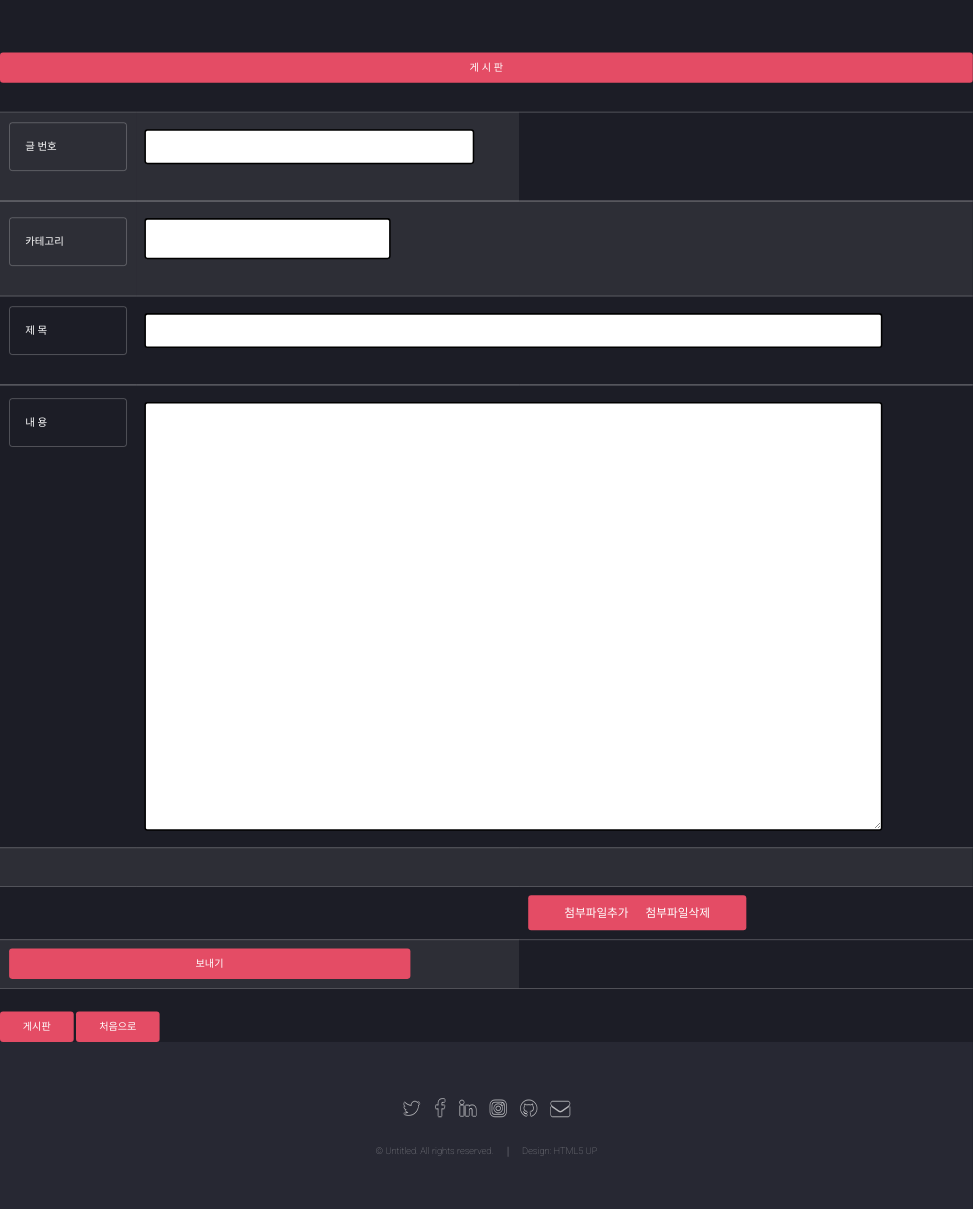
Repository: worMholEamkim/SpringEX
Page: http://localhost/bbs/bbsupdate.do
The author's editor kept a copy of each file at every save. The page is drawn from the files as they stood at one save, then again after the next save.
The browser window is 1280 px wide. The pictures show the whole page, at 76% of full size.
The page is served by Tomcat 9. Other server files are loaded and not shown. Queries for data that is not in the repository find no rows.

Above is the page before, as saved 2019-03-18 05:06:00.

### JSP_WepPage_Server-master.zip_expanded/JSP_WepPage_Server-master/bbs/WebContent/WEB-INF/bbsupdate.jsp
<%@ page language="java" contentType="text/html; charset=UTF-8"
	pageEncoding="UTF-8"%>
<%@ taglib prefix="c" uri="http://java.sun.com/jsp/jstl/core"%>

<!DOCTYPE html>
<html lang="en">
<head>
<title>게시판 업로드데스</title>
<meta charset="utf-8">
		<meta charset="utf-8" />
		<meta name="viewport" content="width=device-width, initial-scale=1, user-scalable=no" />
		<link rel="stylesheet" href="assets/css/main.css" />
<style>

	box {
		display: inline;
		transition: border-color 0.2s ease-in-out;
	    background: transparent;
	    border-radius: 4px;
	    border: solid 1px rgba(255, 255, 255, 0.3);
	    color: inherit;
	    text-decoration: none;


	}

	a {
		color:white;
		text-decoration:none;
		border-bottom-color:transparent;

	}


</style>

</head>
<body class="is-preload">
	<%
		String sessionID = null;
		if (session.getAttribute("sessionID") != null) {
			sessionID = (String) session.getAttribute("sessionID");
		}
	%>
	<div class="wrapper style1">
			<button class="button primary fit"><a href="bbs.do">게 시 판</a></button>
		</div>
		<div align="center">
			<form method="post" action="bbsupdate.do">
				<table border=0px>
					<tr>
						<td><h5 class="box">글 번호</h5></td>
						<td colspan="2"><input name="bbsId" type="text" value="${bbsUpdate.bbsId}"  readonly
							style="width: 90%; padding: 12px 20px; margin: 10px 0px; background-color: white; box-sizing: border-box; border: 2px solid black;">
						</td>
					<tr>
					<tr>
						<td><h5 class="box">카테고리</h5></td>
						<td colspan="4">
						<select name="category"
							style="width: 30%; padding: 12px 20px; font-size: 18px; margin: 10px 0px; background-color: white; box-sizing: border-box; border: 2px solid black;">
								<c:if test="${bbsUpdate.bbsCategory == 'math'}">
									<option value="math" selected>수학</option>
								</c:if>
								<c:if test="${bbsUpdate.bbsCategory != 'math'}">
									<option value="math">수학</option>
								</c:if>
								<c:if test="${bbsUpdate.bbsCategory == 'enjoy'}">
									<option value="enjoy" selected>여행</option>
								</c:if>
								<c:if test="${bbsUpdate.bbsCategory != 'enjoy'}">
									<option value="enjoy">여행</option>
								</c:if>
								<c:if test="${bbsUpdate.bbsCategory == 'pic'}">
									<option value="pic" selected>사진</option>
								</c:if>
								<c:if test="${bbsUpdate.bbsCategory != 'pic'}">
									<option value="pic">사진</option>
								</c:if>
								<c:if test="${bbsUpdate.bbsCategory == 'java'}">
									<option value="java" selected>java</option>
								</c:if>
								<c:if test="${bbsUpdate.bbsCategory != 'java'}">
									<option value="java">java</option>
								</c:if>
								<c:if test="${bbsUpdate.bbsCategory == 'web'}">
									<option value="web" selected>웹프로그래밍</option>
								</c:if>
								<c:if test="${bbsUpdate.bbsCategory != 'web'}">
									<option value="web">웹프로그래밍</option>
								</c:if>
								<c:if test="${bbsUpdate.bbsCategory == 'estate'}">
									<option value="estate" selected>부동산</option>
								</c:if>
								<c:if test="${bbsUpdate.bbsCategory != 'estate'}">
									<option value="estate">부동산</option>
								</c:if>
								<c:if test="${bbsUpdate.bbsCategory == 'food'}">
									<option value="food" selected>음식</option>
								</c:if>
								<c:if test="${bbsUpdate.bbsCategory != 'food'}">
									<option value="food">음식</option>
								</c:if>
								<c:if test="${bbsUpdate.bbsCategory == 'common'}">
									<option value="common" selected>상식</option>
								</c:if>
								<c:if test="${bbsUpdate.bbsCategory != 'common'}">
									<option value="common">상식</option>
								</c:if>
						</select>
						</td>

					</tr>
					<tr>
						<td><h5 class="box">제 목</h5></td>
						<td colspan="4"><input name="title" type="text" value="${bbsUpdate.bbsTitle}"
							style="width: 90%; padding: 12px 20px; margin: 10px 0px; background-color: white; box-sizing: border-box; border: 2px solid black;">
						</td>
					<tr>
					<tr>
						<td><h5 class="box">내 용</h5></td>
						<td colspan="4"><textarea name="content" rows="20" cols="80"
								style="width: 90%; padding: 12px 20px; margin: 10px 0px; background-color: white; box-sizing: border-box; border: 2px solid black;">
								${bbsUpdate.bbsContent}</textarea>
						</td>
					</tr>

					<tr>
						<td colspan="5"><br>
						</td>
					<tr>

						<script type="text/javascript">
							var uf = "";
							function file_add(size, ext) {
								var filecountTemp = parseInt(document
										.getElementById("file_cnt").value);
								var parents = document
										.getElementById("file_add_form");
								var br = document.createElement("br");
								br.setAttribute("id", "br" + (filecountTemp + 1));
								parents.appendChild(br);
								if (filecountTemp == 30) {
									alert("파일업로드는 최대 30개까지 가능합니다"); //< --- 이 부분 지우면 무한대로 추가됨.
									return;
								} else {
									var obj = document.createElement("input");
									obj.setAttribute("type", "file");
									obj.setAttribute("size", size);
									obj.setAttribute("name", "bbs_file"
											+ (filecountTemp + 1));
									obj.setAttribute("id", "file"
											+ (filecountTemp + 1));
									parents.appendChild(obj);
								}
								document.getElementById("file_cnt").value = filecountTemp + 1;
							}
							function file_delete() {
								var filecountTemp = parseInt(document
										.getElementById("file_cnt").value);
								var parents = document
										.getElementById("file_add_form");
								var obj = document.getElementById('file'
										+ filecountTemp);
								var br = document.getElementById('br'
										+ filecountTemp);
								parents.removeChild(obj);

								document.getElementById("file_cnt").value = filecountTemp - 1;
							}
						</script>

						<td colspan="3"></td>

						<td colspan="3">
						<div class="button primary" style="width: 50%;">
						<input type="hidden" id="file_cnt"
							name="file_cnt" value="1" style="">
							<a href="javascript:file_add(50, 'class=input_write');"><b>첨부파일추가</b></a>&nbsp;&nbsp;&nbsp;&nbsp;&nbsp;
							<a href="javascript:file_delete();"><b>첨부파일삭제</b></a>
						</div>
						</td>
					</tr>

						<td colspan="3"><button type="submit"
								class="button primary"
								style="width: 80%;">보내기</button>
						</td>
					</tr>
				</table>
			</form>
		</div>

			<button class="button primary">
				<a href='bbs.do'>게시판</a>
			</button>

			<button class="button primary">
				<a href='home.do'>처음으로</a>
			</button>
	</div>
</body>
<footer id="footer">
					<ul class="icons">
						<li><a href="#" class="icon alt fa-twitter"><span class="label">Twitter</span></a></li>
						<li><a href="#" class="icon alt fa-facebook"><span class="label">Facebook</span></a></li>
						<li><a href="#" class="icon alt fa-linkedin"><span class="label">LinkedIn</span></a></li>
						<li><a href="#" class="icon alt fa-instagram"><span class="label">Instagram</span></a></li>
						<li><a href="#" class="icon alt fa-github"><span class="label">GitHub</span></a></li>
						<li><a href="#" class="icon alt fa-envelope"><span class="label">Email</span></a></li>
					</ul>
					<ul class="copyright">
						<li>&copy; Untitled. All rights reserved.</li><li>Design: <a href="http://html5up.net">HTML5 UP</a></li>
					</ul>
				</footer>
</html>

### JSP_WepPage_Server-master.zip_expanded/JSP_WepPage_Server-master/bbs/src/com/jsp/controller/BbsUpdateController.java
package com.jsp.controller;

import java.io.IOException;

import javax.servlet.RequestDispatcher;
import javax.servlet.ServletException;
import javax.servlet.http.HttpServlet;
import javax.servlet.http.HttpServletRequest;
import javax.servlet.http.HttpServletResponse;
import javax.servlet.http.HttpSession;

import com.jsp.dao.BbsDao;
import com.jsp.dao.TransactionDao;
import com.jsp.dto.BbsDto;
import com.oreilly.servlet.MultipartRequest;
import com.oreilly.servlet.multipart.DefaultFileRenamePolicy;

public class BbsUpdateController extends HttpServlet {
	@Override
	protected void doGet(HttpServletRequest req, HttpServletResponse resp) throws ServletException, IOException {
		String bbsID = req.getParameter("id");
		BbsDao bbsDao = BbsDao.getInstance();
		BbsDto bbsDto = bbsDao.selectById(bbsID);

		req.setAttribute("bbsUpdate", bbsDto);

		RequestDispatcher rd = req.getRequestDispatcher("/WEB-INF/bbsupdate.jsp");
		rd.forward(req, resp);
	}
	@Override
	protected void doPost(HttpServletRequest req, HttpServletResponse resp) throws ServletException, IOException {

		HttpSession session = req.getSession();
		String sessionID = null;
		if (session.getAttribute("sessionID") != null) {
			sessionID = (String) session.getAttribute("sessionID");
		}

		req.setCharacterEncoding("UTF-8");
		resp.setContentType("text/html;charset=UTF-8");

		String category = req.getParameter("category");
		String title = req.getParameter("title");
		String content = req.getParameter("content");
		String bbsId = req.getParameter("bbsId");


		BbsDto bbsDto = new BbsDto();
		bbsDto.setBbsTitle(title);
		bbsDto.setBbsCategory(category);
		bbsDto.setBbsContent(content);
		bbsDto.setBbsId(bbsId);



		TransactionDao tDao = TransactionDao.getInstance();
		System.out.println("업데이트올 작동?");
		int resultTrans = tDao.updateAll(bbsDto);
		//왜애 ㅠㅠㅠ어리머람ㅇㄴ리ㅏㅓㄴㅁ아ㅣ렁ㄴㅁ
		System.out.println(bbsDto.toString());
		req.setAttribute("resultTrans", resultTrans);

		RequestDispatcher rd = req.getRequestDispatcher("bbs.do");

		rd.forward(req, resp);

	}


}

### JSP_WepPage_Server-master.zip_expanded/JSP_WepPage_Server-master/bbs/src/com/jsp/dao/BbsDao.java
package com.jsp.dao;

import java.sql.Connection;
import java.sql.DriverManager;
import java.sql.PreparedStatement;
import java.sql.ResultSet;
import java.sql.SQLException;
import java.util.ArrayList;
import java.util.List;

import com.jsp.dto.BbsDto;

public class BbsDao {

	private static BbsDao bbsDao;
	private Connection conn;
	private PreparedStatement pstmt;
	private int result;
	private ResultSet rs;
	private List<BbsDto> bbsList;


	private BbsDao() {
	}



	public static synchronized BbsDao getInstance() {
		if(bbsDao == null) {
			bbsDao = new BbsDao();
	}
		return bbsDao;
	}
	public Connection getConnect() {
		String url = "jdbc:oracle:thin:@localhost:1521:xe";
		String id = "BIG";
		String pw ="1234";
		try {
			Class.forName("core.log.jdbc.driver.OracleDriver");
			conn = DriverManager.getConnection(url, id, pw);

		} catch(ClassNotFoundException e) {
			e.printStackTrace();
		} catch(SQLException e) {
			e.printStackTrace();
		}
		return conn;
	}

	public BbsDto selectById(String id) {

		// id 확인
		//System.out.println("dao에서 id = " + id);
		BbsDto bbsDto = new BbsDto();
		//System.out.println("왜");
		conn = this.getConnect();
		//System.out.println("에러가난거야 쉬뱌ㅠㅠ");

		StringBuffer query = new StringBuffer();
		query.append("SELECT *");
		query.append(" FROM BBS");
		query.append(" WHERE BBSID=? ");

		try {
			//System.out.println("양심적으로 try문은 들어가야지?");
			pstmt = conn.prepareStatement(query.toString());
			pstmt.setString(1, id);

			//System.out.println("설마 여긴가?");
			rs = pstmt.executeQuery();
			// rs 확인
			//System.out.println("dao에서 " + rs);
			while (rs.next()) {

				bbsDto.setId(rs.getString("ID"));
				bbsDto.setBbsId(rs.getString("BBSID"));
				bbsDto.setBbsTitle(rs.getString("BBSTITLE"));
				bbsDto.setBbsDate(rs.getString("BBSDATE"));
				bbsDto.setBbsCategory(rs.getString("BBSCATEGORY"));
				bbsDto.setBbsContent(rs.getString("BBSCONTENT"));
				bbsDto.setBbsHit(rs.getString("BBSHIT"));
				//System.out.println(bbsDto.toString());
			}
		} catch (SQLException e) {

		} finally {
			this.close(conn, pstmt, null);
		}
		return bbsDto;
	}


	public BbsDto selectBeforeById(String id) {

		BbsDto bbsDto = new BbsDto();
		conn = this.getConnect();
		StringBuffer query = new StringBuffer();

		query.append("SELECT * FROM BBS WHERE BBSID IN ");
		query.append(" ((SELECT MAX(BBSID) FROM BBS ");
		query.append(" WHERE BBSID < ? ))");
		try {
			pstmt = conn.prepareStatement(query.toString());
			pstmt.setString(1, id);
			rs = pstmt.executeQuery();

			while(rs.next()) {
				bbsDto.setId(rs.getString("ID"));
				bbsDto.setBbsId(rs.getString("BBSID"));
				bbsDto.setBbsTitle(rs.getString("BBSTITLE"));
				bbsDto.setBbsDate(rs.getString("BBSDATE"));
				bbsDto.setBbsCategory(rs.getString("BBSCATEGORY"));
				bbsDto.setBbsContent(rs.getString("BBSCONTENT"));
				bbsDto.setBbsHit(rs.getString("BBSHIT"));
			}
		} catch (SQLException e) {

		} finally {
			this.close(conn, pstmt, null);
		}
		return bbsDto;
	}


	public BbsDto selectAfterById(String id) {

		BbsDto	bbsDto = new BbsDto();
		conn = this.getConnect();
		StringBuffer query = new StringBuffer();

		query.append("SELECT * FROM BBS WHERE BBSID IN ");
		query.append(" ((SELECT MIN(BBSID) FROM BBS ");
		query.append(" WHERE BBSID > ? )) ");
		try {
			pstmt = conn.prepareStatement(query.toString());
			pstmt.setString(1, id);
			rs = pstmt.executeQuery();

			while(rs.next()) {
				bbsDto.setId(rs.getString("ID"));
				bbsDto.setBbsId(rs.getString("BBSID"));
				bbsDto.setBbsTitle(rs.getString("BBSTITLE"));
				bbsDto.setBbsDate(rs.getString("BBSDATE"));
				bbsDto.setBbsCategory(rs.getString("BBSCATEGORY"));
				bbsDto.setBbsContent(rs.getString("BBSCONTENT"));
				bbsDto.setBbsHit(rs.getString("BBSHIT"));
			}
		} catch (SQLException e) {

		} finally {
			this.close(conn, pstmt, null);
		}
		return bbsDto;
	}


	public int hitUpdate(String id) {

		conn = this.getConnect();
		StringBuffer query = new StringBuffer();
		query.append("UPDATE BBS SET BBSHIT = BBSHIT +1 WHERE BBSID=?");
			try {
				pstmt = conn.prepareStatement(query.toString());
				pstmt.setString(1, id);
				result = pstmt.executeUpdate();
			} catch(SQLException e1) {
	}
			finally {
				this.close(conn, pstmt, null);
			}
			return result;
	}

	public int hitUpdate(Connection conn, String id) {

			conn = this.getConnect();
			StringBuffer query = new StringBuffer();
			query.append("UPDATE BBS SET BBSHIT = BBSHIT +1 WHERE BBSID=?");
				try {
					pstmt = conn.prepareStatement(query.toString());
					pstmt.setString(1, id);
					result = pstmt.executeUpdate();
				} catch(SQLException e1) {
		}
				finally {
					this.close(conn, pstmt, null);
				}
				return result;
		}



	public int update(BbsDto bbsDto) {

		conn = this.getConnect();
		StringBuffer query = new StringBuffer();
		query.append("UPDATE BBS SET ");
		query.append(" BBTITLE=?, BBSCATEGORY=?, BBSCONTENT=?");
		query.append(" WHERE BBSID=?");
			try {
				pstmt = conn.prepareStatement(query.toString());
				pstmt.setString(1, bbsDto.getBbsTitle());
				pstmt.setString(2, bbsDto.getBbsCategory());
				pstmt.setString(3, bbsDto.getBbsContent());
				pstmt.setString(4, bbsDto.getBbsId());

				result = pstmt.executeUpdate();
			} catch (SQLException e1) {

			} finally {
				this.close(conn, pstmt, null);
			}
			return result;
	}


	public int insert(BbsDto bbsDto) {

		conn = this.getConnect();
		StringBuffer query = new StringBuffer();
		query.append("INSERT INTO BBS(BBSID, ID, BBSTITLE, BBSDATE, BBSCATEGORY, BBSCONTENT, BBSHIT)");
		query.append(" VALUES (bbs_seq.nextval ,? ,? ,sysdate,? ,? ,0 )");

		try {
			pstmt = conn.prepareStatement(query.toString());
			pstmt.setString(1, bbsDto.getId());
			pstmt.setString(2, bbsDto.getBbsTitle());
			pstmt.setString(3, bbsDto.getBbsCategory());
			pstmt.setString(4, bbsDto.getBbsContent());

			result = pstmt.executeUpdate();

		} catch (SQLException e) {
			e.printStackTrace();
		} finally {
			this.close(conn, pstmt, null);
		}
		return result;
	}


	public int insertOracle(BbsDto bbsDto) {

		conn = this.getConnect();
		StringBuffer query = new StringBuffer();
		query.append("INSERT INTO BBS(BBSID, ID, BBSTITLE, BBSDATE, BBSCATEGORY, BBSCONTENT, BBSHIT)");
		query.append(" VALUES(BBS_SEQ.BEXTVAL, ? ,? ,NOW(), ?, ?, 0 )");

		try {
			pstmt = conn.prepareStatement(query.toString());
			pstmt.setString(1,  bbsDto.getId());
			pstmt.setString(2,  bbsDto.getBbsTitle());
			pstmt.setString(3,  bbsDto.getBbsCategory());
			pstmt.setString(4,  bbsDto.getBbsContent());

			result = pstmt.executeUpdate();
		} catch (SQLException e) {
			e.printStackTrace();
		} finally {
			this.close(conn, pstmt, null);
		}
		return result;
	}


	public List<BbsDto> selectAll(int startNum, int perpage) {
		bbsList = new ArrayList<>();
		conn = this.getConnect();
		StringBuffer query = new StringBuffer();
		query.append("SELECT T2.*");
		query.append("	FROM (SELECT ROWNUM R2, T.*");
		query.append("	FROM (SELECT BBSID, ID, substr(BBSTITLE, 1, 10) BBSTITLE, BBSDATE,");
		query.append("BBSCATEGORY, substr(BBSCONTENT, 1, 15) BBSCONTENT, BBSHIT ");
		query.append(" FROM BBS ORDER BY BBSID DESC ) T) T2 ");
		query.append("WHERE T2.R2 BETWEEN ? AND ?");

		try {
			pstmt = conn.prepareStatement(query.toString());
			pstmt.setInt(1, startNum - 1);
			pstmt.setInt(2, perpage);


			rs = pstmt.executeQuery();
			while (rs.next()) {
				BbsDto bbsDto = new BbsDto();

				bbsDto.setId(rs.getString("ID"));
				bbsDto.setBbsId(rs.getString("BBSID"));
				bbsDto.setBbsTitle(rs.getString("BBSTITLE"));
				bbsDto.setBbsDate(rs.getString("BBSDATE"));
				bbsDto.setBbsCategory(rs.getString("BBSCATEGORY"));
				bbsDto.setBbsContent(rs.getString("BBSCONTENT"));
				bbsDto.setBbsHit(rs.getString("BBSHIT"));

				bbsList.add(bbsDto);
			}
			} catch(SQLException e) {
				e.printStackTrace();
		}	return bbsList;
}


	public int delete(int id) {

		conn = this.getConnect();
		StringBuffer query = new StringBuffer();

		try {

			query.append("DELETE FROM BBS");
			query.append(" WHERE BBSID = ?");
			pstmt = conn.prepareStatement(query.toString());
			pstmt.setInt(1,  id);
			int result = pstmt.executeUpdate();

			return result;
		} catch (SQLException e) {
			e.printStackTrace();
		} finally {
			this.close(conn, pstmt, null);
		}
		return -1;
	}



	public int getTotalCount() {

		conn = this.getConnect();
		StringBuffer query = new StringBuffer();
		query.append("SELECT count(*)");
		query.append(" FROM BBS");

		try {
			pstmt = conn.prepareStatement(query.toString());
			rs = pstmt.executeQuery();

			if(rs.next()) {
				return rs.getInt("count(*)");
			}
		} catch (SQLException e) {
			e.printStackTrace();
		} finally {
			this.close(conn, pstmt, rs);
		}
		return -1;
	}


	public void close(Connection conn, PreparedStatement stmt, ResultSet rs) {
		if (rs != null) {
			try {
				rs.close();
			} catch (SQLException e) {
			}
		}
		if (stmt != null) {
			try {
				stmt.close();
			} catch (SQLException e) {
			}
		}
		if (conn != null) {
			try {
				conn.close();
			} catch (SQLException e) {
			}
		}
	}

	public static void main(String[] args) {
		BbsDao mDao = BbsDao.getInstance();
	}


}

### JSP_WepPage_Server-master.zip_expanded/JSP_WepPage_Server-master/bbs/src/com/jsp/dto/BbsDto.java
package com.jsp.dto;

public class BbsDto {

	private String id;
	private String bbsId;
	private String bbsTitle;
	private String bbsDate;
	private String bbsCategory;
	private String bbsContent;
	private String bbsHit;

	public String getId() {
		return id;
	}
	public void setId(String id) {
		this.id = id;
	}
	public String getBbsId() {
		return bbsId;
	}
	public void setBbsId(String bbsId) {
		this.bbsId = bbsId;
	}
	public String getBbsTitle() {
		return bbsTitle;
	}
	public void setBbsTitle(String bbsTitle) {
		this.bbsTitle = bbsTitle;
	}
	public String getBbsDate() {
		return bbsDate;
	}
	public void setBbsDate(String bbsDate) {
		this.bbsDate = bbsDate;
	}
	public String getBbsCategory() {
		return bbsCategory;
	}
	public void setBbsCategory(String bbsCategory) {
		this.bbsCategory = bbsCategory;
	}
	public String getBbsContent() {
		return bbsContent;
	}
	public void setBbsContent(String bbsContent) {
		this.bbsContent = bbsContent;
	}
	public String getBbsHit() {
		return bbsHit;
	}
	public void setBbsHit(String bbsHit) {
		this.bbsHit = bbsHit;
	}
	@Override
	public String toString() {
		return "BbsDto [id=" + id + ", bbsId=" + bbsId + ", bbsTitle=" + bbsTitle + ", bbsDate=" + bbsDate
				+ ", bbsCategory=" + bbsCategory + ", bbsContent=" + bbsContent + ", bbsHit=" + bbsHit + "]";
	}

}

Loaded but not shown: JSP_WepPage_Server-master.zip_expanded/JSP_WepPage_Server-master/bbs/WebContent/assets/css/font-awesome.min.css (library); JSP_WepPage_Server-master.zip_expanded/JSP_WepPage_Server-master/bbs/WebContent/assets/css/main.css (4070 lines, source omitted)

After the next save:
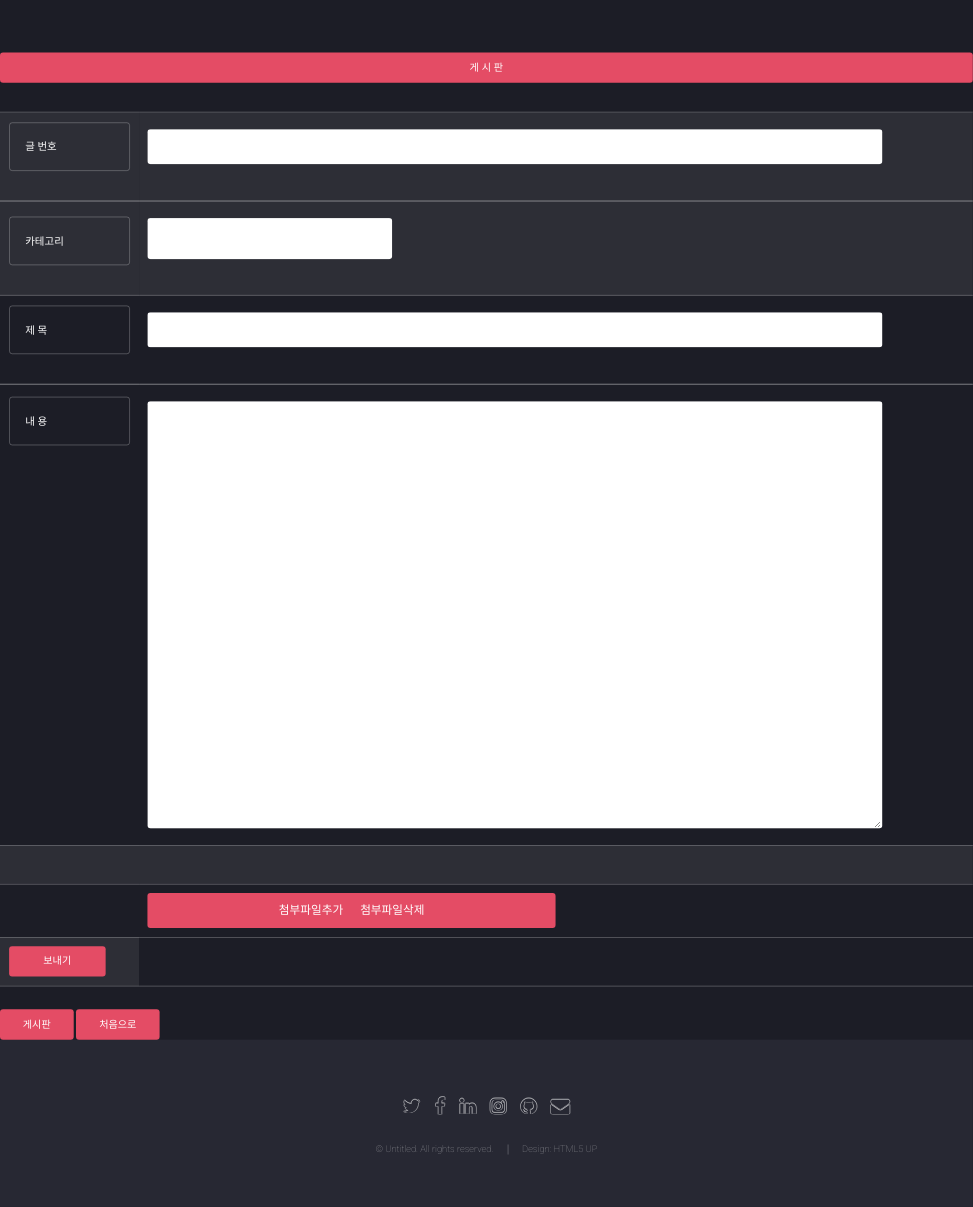
Saved 72 s later.
--- a/JSP_WepPage_Server-master.zip_expanded/JSP_WepPage_Server-master/bbs/WebContent/WEB-INF/bbsupdate.jsp
+++ b/JSP_WepPage_Server-master.zip_expanded/JSP_WepPage_Server-master/bbs/WebContent/WEB-INF/bbsupdate.jsp
@@ -50,15 +50,17 @@
 				<table border=0px>
 					<tr>
 						<td><h5 class="box">글 번호</h5></td>
-						<td colspan="2"><input name="bbsId" type="text" value="${bbsUpdate.bbsId}"  readonly
-							style="width: 90%; padding: 12px 20px; margin: 10px 0px; background-color: white; box-sizing: border-box; border: 2px solid black;">
+						<td colspan="4"><input name="bbsId" type="text" value="${bbsUpdate.bbsId}"  readonly
+							style="width: 90%; padding: 12px 20px; margin: 10px 0px; background-color: white; box-sizing: border-box; border-radius: 4px;
+	    border: solid 1px rgba(255, 255, 255, 0.3);">
 						</td>
 					<tr>
 					<tr>
 						<td><h5 class="box">카테고리</h5></td>
 						<td colspan="4">
 						<select name="category"
-							style="width: 30%; padding: 12px 20px; font-size: 18px; margin: 10px 0px; background-color: white; box-sizing: border-box; border: 2px solid black;">
+							style="width: 30%; padding: 12px 20px; font-size: 18px; margin: 10px 0px; background-color: white; box-sizing: border-box; border-radius: 4px;
+	    border: solid 1px rgba(255, 255, 255, 0.3);">
 								<c:if test="${bbsUpdate.bbsCategory == 'math'}">
 									<option value="math" selected>수학</option>
 								</c:if>
@@ -114,13 +116,15 @@
 					<tr>
 						<td><h5 class="box">제 목</h5></td>
 						<td colspan="4"><input name="title" type="text" value="${bbsUpdate.bbsTitle}"
-							style="width: 90%; padding: 12px 20px; margin: 10px 0px; background-color: white; box-sizing: border-box; border: 2px solid black;">
+							style="width: 90%; padding: 12px 20px; margin: 10px 0px; background-color: white; box-sizing: border-box; border-radius: 4px;
+	    border: solid 1px rgba(255, 255, 255, 0.3);">
 						</td>
 					<tr>
 					<tr>
 						<td><h5 class="box">내 용</h5></td>
 						<td colspan="4"><textarea name="content" rows="20" cols="80"
-								style="width: 90%; padding: 12px 20px; margin: 10px 0px; background-color: white; box-sizing: border-box; border: 2px solid black;">
+								style="width: 90%; padding: 12px 20px; margin: 10px 0px; background-color: white; box-sizing: border-box; border-radius: 4px;
+	    border: solid 1px rgba(255, 255, 255, 0.3);;">
 								${bbsUpdate.bbsContent}</textarea>
 						</td>
 					</tr>
